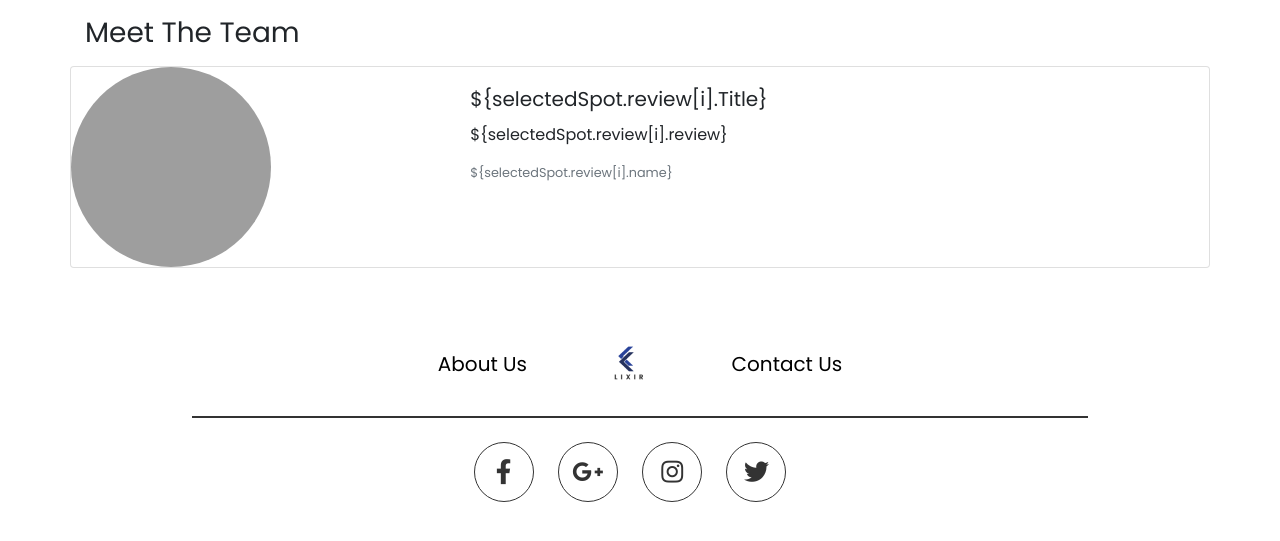
Repository: phiiileo/lit-page
Page: team-page.html
These files come from the project's save history. The page is drawn as it stood at one moment and after a run of saves; the edit follows.
The browser window is 1280 px wide. The pictures show the whole page.
Pictures or frames that could not be fetched are drawn as grey boxes. Some web libraries are served in a nearby version.

Above is the page before, as saved 2019-12-04 20:54:23.

### team-page.html
<head>
  <meta charset="UTF-8" />
  <meta name="viewport" content="width=device-width, initial-scale=1.0" />
  <meta http-equiv="X-UA-Compatible" content="ie=edge" />
  <title>Lixir | Official Page</title>
  <link
    rel="stylesheet"
    href="css/bootstrap-4.4.0-dist/css/bootstrap.min.css"
  />
  <script src="js/jquery-1.11.1.min.js"></script>
  <script src="js/popper.min.js"></script>
  <script src="css/bootstrap-4.4.0-dist/js/bootstrap.min.js"></script>
  <link
    href="https://fonts.googleapis.com/css?family=Poppins&display=swap"
    rel="stylesheet"
  />
  <link
    rel="stylesheet"
    type="text/css"
    href="https://cdnjs.cloudflare.com/ajax/libs/font-awesome/5.11.2/css/all.min.css"
  />
  <link rel="stylesheet" href="css/site_footer.css" />
  <link rel="stylesheet" href="./css/team-page.css">
</head>

<div class="container">
    <p><h3>Meet The Team</h3></p>
    <div class="row row-cols-1 row-cols-md-1">
        <div class="card">
            <div class="row no-gutters">
                <div class="col-md-4">
                    <img src="https://res.cloudinary.com/gboyega/image/upload/v1575387409/grillspot/profile-placeholder_kqu2no.png" alt="profileImage" class="team-image">
                </div>
                <div class="col-md-8">
                    <div class="card-body">
                        <h5 class="card-title">${selectedSpot.review[i].Title}</h5>
                        <p class="card-text">${selectedSpot.review[i].review}</p>
                        <p class="card-text"><small class="text-muted">${selectedSpot.review[i].name}</small></p>
                    </div>
                </div>
            </div>
        </div>
    </div>
</div>

<footer class="mt-5">
  <section class="footer_content mx-auto text-center">
    <section class="footer_content--one">
      <a href="about_us.php" class="">About Us</a>
      <a href="index.php" class="mx-5">
        <img src="image/footer_logo.png" alt="" width="100px" height="100px"
      /></a>
      <a href="contact.php" class="">Contact Us</a>
    </section>
    <section class="footer_content--two pt-4">
      <a href="#"><i class="fab fa-facebook-f"></i></a>
      <a href=""><i class="fab fa-google-plus-g"></i></a>
      <a href=""><i class="fab fa-instagram"></i></a>
      <a href=""><i class="fab fa-twitter"></i></a>
    </section>
  </section>
</footer>

### css/site_footer.css
footer .footer_content {
    width: 70%;
  }

  footer .footer_content .footer_content--one {
    width: 100%;
    border-bottom: 2px solid #333333;
  }

  footer .footer_content .footer_content--one a {
    font-size: 20px;
    line-height: 28px;
    color: #000000;
    display: inline-block;
  }

  footer .footer_content .footer_content--two a {
    color: #333333;
    border: 1px solid #333333;
    border-radius: 50%;
    width: 60px;
    height: 60px;
    display: -webkit-inline-box;
    display: -ms-inline-flexbox;
    display: inline-flex;
    -webkit-box-pack: center;
        -ms-flex-pack: center;
            justify-content: center;
    -webkit-box-align: center;
        -ms-flex-align: center;
            align-items: center;
    margin-right: 20px;
    margin-bottom: 20px;
  }

  footer .footer_content .footer_content--two a i {
    font-size: 25px;
  }

### css/team-page.css
* {
  margin-top: 0;
  padding: 0px;
  box-sizing: border-box;
  font-family: "Poppins", sans-serif;
}
.team-image{
    width: 200px;
    height: 200px;
    border-radius: 50%;
}

Loaded but not shown: css/bootstrap-4.4.0-dist/css/bootstrap.min.css (library); js/jquery-1.11.1.min.js (library); js/popper.min.js (library); css/bootstrap-4.4.0-dist/js/bootstrap.min.js (library)

After the next 4 saves:
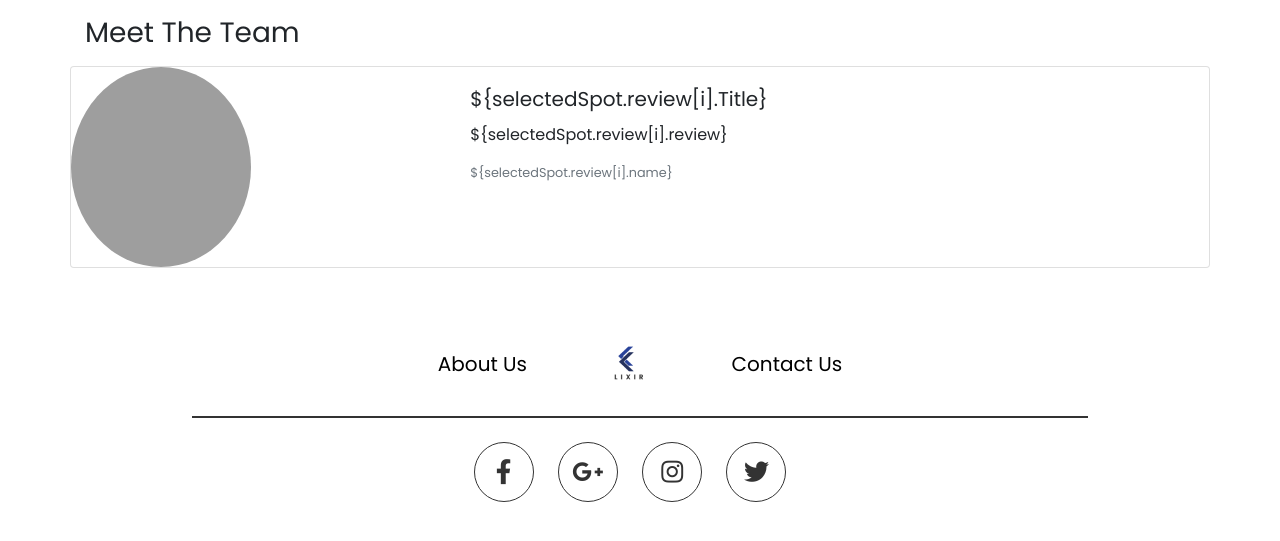
The 4 saves are shown as one change because they came seconds apart.
The last was saved 19 s later.
--- a/css/team-page.css
+++ b/css/team-page.css
@@ -5,7 +5,7 @@
   font-family: "Poppins", sans-serif;
 }
 .team-image{
-    width: 200px;
+    width: 180px;
     height: 200px;
     border-radius: 50%;
 }
